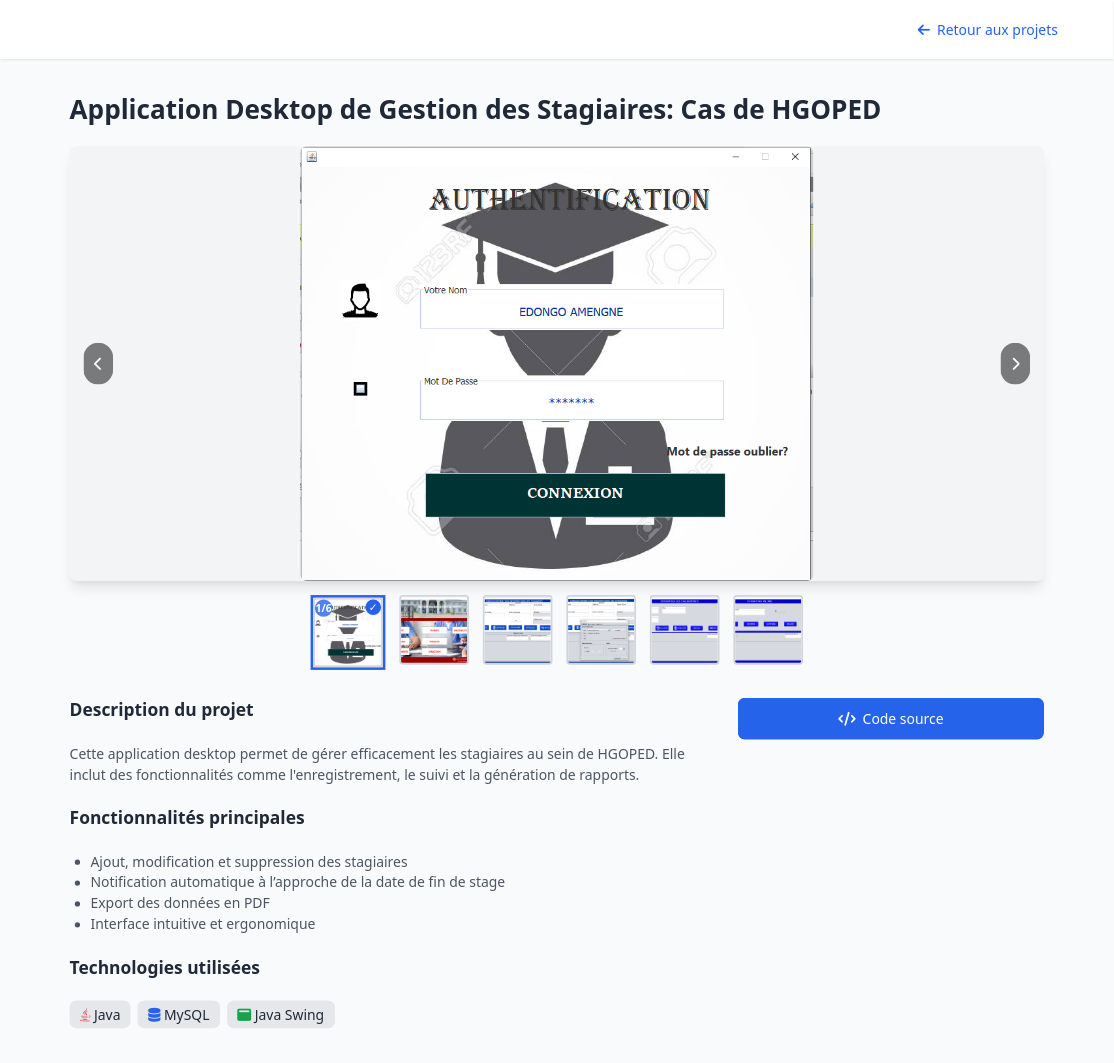
Repository: Edongo999/landry-portfolio
Page: projet-gestion-stagiaires.html
These files come from the project's save history. The page is drawn as it stood at one moment and after the next save; the edit follows.
The browser window is 1280 px wide. The pictures show the whole page, at 87% of full size.
Some web libraries are served in a nearby version.

Above is the page before, as saved 2025-09-14 03:32:36.

### projet-gestion-stagiaires.html

<!DOCTYPE html>
<html lang="fr">
<head>
  <meta charset="UTF-8" />
  <meta name="viewport" content="width=device-width, initial-scale=1.0" />
  <title>Détail du projet - Portfolio</title>
  <script src="https://cdn.tailwindcss.com"></script>
  <link rel="stylesheet" href="https://cdnjs.cloudflare.com/ajax/libs/font-awesome/6.4.0/css/all.min.css">
  <style>
    /* Miniature active */
    .thumb-active {
      border: 3px solid #2563eb !important; /* bordure bleue */
      position: relative;
    }
    /* Overlay ✓ */
    .thumb-active::after {
      content: "✓";
      position: absolute;
      top: 2px;
      right: 2px;
      background-color: #2563eb;
      color: white;
      font-size: 12px;
      width: 18px;
      height: 18px;
      border-radius: 50%;
      display: flex;
      align-items: center;
      justify-content: center;
    }
    /* Numéro indicateur */
    .thumb-number {
      position: absolute;
      top: 2px;
      left: 2px;
      background-color: rgba(37,99,235,0.8);
      color: white;
      font-size: 12px;
      width: 20px;
      height: 20px;
      border-radius: 50%;
      display: flex;
      align-items: center;
      justify-content: center;
      font-weight: bold;
    }
  </style>
</head>
<body class="bg-gray-50 text-gray-800">

  <!-- Header -->
  <header class="bg-white shadow p-4 sticky top-0 z-50">
    <div class="max-w-6xl mx-auto flex justify-between items-center">
<h1 class="text-2xl md:text-3xl font-bold text-gray-900 relative overflow-hidden" id="portfolio-title">
  Mon Portfolio
</h1>

<style>
  /* Animation apparition + explosion + lumière pulsante adoucie */
  #portfolio-title {
    animation: appearExplodePulse 2.5s ease-in-out infinite;
  }

  @keyframes appearExplodePulse {
    0% {
      opacity: 0;
      transform: scale(0.95) translateY(-5px);
      text-shadow: 0 0 0px #2563eb;
    }
    20% {
      opacity: 0.6;
      transform: scale(1) translateY(0);
      text-shadow: 0 0 3px #2563eb;
    }
    40% {
      opacity: 1;
      transform: scale(1.02);
      text-shadow: 0 0 10px #2563eb, 0 0 15px #2563eb;
    }
    60% {
      transform: scale(1.05);
      text-shadow: 0 0 15px #2563eb, 0 0 25px #2563eb, 0 0 35px #2563eb;
    }
    80% {
      transform: scale(1.02);
      text-shadow: 0 0 10px #2563eb, 0 0 15px #2563eb;
    }
    100% {
      opacity: 1;
      transform: scale(1);
      text-shadow: 0 0 5px #2563eb, 0 0 10px #2563eb;
    }
  }

  /* Effet de lumière pulsante supplémentaire */
  #portfolio-title::after {
    content: '';
    position: absolute;
    inset: 0;
    border-radius: 4px;
    box-shadow: 0 0 15px #2563eb, 0 0 25px #2563eb;
    opacity: 0.3;
    animation: pulseLight 2s ease-in-out infinite alternate;
    pointer-events: none;
  }

  @keyframes pulseLight {
    0% { opacity: 0.2; transform: scale(0.95); }
    100% { opacity: 0.5; transform: scale(1.05); }
  }
</style>




      <!-- Lien vers la section Mes Projets -->
      <a href="index.html#projects" class="flex items-center gap-2 text-blue-600 hover:text-blue-800 font-medium">
  <i class="fas fa-arrow-left"></i> Retour aux projets
</a>

    </div>
  </header>

  <!-- Section Détail Projet -->
  <section class="max-w-6xl mx-auto px-4 py-10">
 <h2 class="text-3xl font-bold mb-6">Application Desktop de Gestion des Stagiaires: Cas de HGOPED</h2>



    <!-- Slider images/vidéos -->
    <div class="relative w-full max-h-[500px] mx-auto overflow-hidden rounded-lg shadow-lg mb-4 flex justify-center items-center bg-gray-100">
      <div id="slide-container" class="w-full flex justify-center items-center"></div>
      <button onclick="prevSlide()" class="absolute top-1/2 left-4 transform -translate-y-1/2 bg-black/50 text-white p-3 rounded-full z-10">
        <i class="fas fa-chevron-left"></i>
      </button>
      <button onclick="nextSlide()" class="absolute top-1/2 right-4 transform -translate-y-1/2 bg-black/50 text-white p-3 rounded-full z-10">
        <i class="fas fa-chevron-right"></i>
      </button>
    </div>

    <!-- Miniatures -->
    <div class="flex justify-center gap-4 mb-8 relative" id="thumbnails">
      <div class="relative"><img src="assets/img/GESTION_STA1.PNG" class="w-20 h-20 object-cover cursor-pointer border-2 border-gray-300 rounded" onclick="goToSlide(0)"></div>
      <div class="relative"><img src="assets/img/application desktop.PNG" class="w-20 h-20 object-cover cursor-pointer border-2 border-gray-300 rounded" onclick="goToSlide(1)"></div>
      <div class="relative"><img src="assets/img/application desktop2.PNG" class="w-20 h-20 object-cover cursor-pointer border-2 border-gray-300 rounded" onclick="goToSlide(2)"></div>
      <div class="relative"><img src="assets/img/application desktop3.PNG" class="w-20 h-20 object-cover cursor-pointer border-2 border-gray-300 rounded" onclick="goToSlide(3)"></div>
      <div class="relative"><img src="assets/img/application desktop4.PNG" class="w-20 h-20 object-cover cursor-pointer border-2 border-gray-300 rounded" onclick="goToSlide(4)"></div>
      <div class="relative"><img src="assets/img/application desktop5.PNG" class="w-20 h-20 object-cover cursor-pointer border-2 border-gray-300 rounded" onclick="goToSlide(5)"></div>
    </div>

    <!-- Description + boutons -->
    <div class="grid grid-cols-1 md:grid-cols-3 gap-8">
      <div class="md:col-span-2 space-y-6">
        <h3 class="text-xl font-semibold mb-2">Description du projet</h3>
        <p class="text-gray-600 mb-4">
          Cette application desktop permet de gérer efficacement les stagiaires au sein de HGOPED.
          Elle inclut des fonctionnalités comme l'enregistrement, le suivi et la génération de rapports.
        </p>

        <h3 class="text-xl font-semibold mb-2">Fonctionnalités principales</h3>
        <ul class="list-disc pl-6 text-gray-600 mb-4">
          <li>Ajout, modification et suppression des stagiaires</li>
          <li> Notification automatique à l’approche de la date de fin de stage</li>
          <li>Export des données en PDF</li>
          <li>Interface intuitive et ergonomique</li>
        </ul>

        <h3 class="text-xl font-semibold mb-2">Technologies utilisées</h3>
        <div class="flex flex-wrap gap-2 mb-4">
          <span class="flex items-center gap-1 px-3 py-1 bg-gray-200 rounded-lg"><i class="fab fa-java text-red-600"></i> Java</span>
          <span class="flex items-center gap-1 px-3 py-1 bg-gray-200 rounded-lg"><i class="fas fa-database text-blue-600"></i> MySQL</span>
          <span class="flex items-center gap-1 px-3 py-1 bg-gray-200 rounded-lg"><i class="fas fa-window-maximize text-green-600"></i> Java Swing</span>
        </div>
      </div>

      <div class="flex flex-col gap-4 md:sticky md:top-32">

        <a href="https://github.com/Edongo999/Application_de_gestion-des_stagiaires.git" target="_blank" class="flex items-center justify-center w-full bg-blue-600 text-white py-3 rounded-lg text-center hover:bg-blue-700">
          <i class="fas fa-code mr-2"></i> Code source
        </a>
      </div>
    </div>
  </section>

<script>
  const slides = [
    { type: 'image', src: "assets/img/GESTION_STA1.PNG" },
    { type: 'image', src: "assets/img/application desktop.PNG" },
    { type: 'image', src: "assets/img/application desktop2.PNG" },
    { type: 'image', src: "assets/img/application desktop3.PNG" },
    { type: 'image', src: "assets/img/application desktop4.PNG" },
    { type: 'image', src: "assets/img/application desktop5.PNG" },
  ];

  let index = 0;
  let slideInterval;
  let userInteracting = false;

  const container = document.getElementById("slide-container");
  const thumbContainers = document.querySelectorAll('#thumbnails > div');
  const thumbs = document.querySelectorAll('#thumbnails img');

  function showSlide() {
    container.innerHTML = '';
    const slide = slides[index];
    const img = document.createElement("img");
    img.src = slide.src;
    img.alt = "Capture du projet";
    img.className = "w-auto max-h-[500px] object-contain rounded-lg transition-all duration-700";
    container.appendChild(img);

    // Miniatures et numéro
    thumbContainers.forEach((div, i) => {
      const oldNum = div.querySelector('.thumb-number');
      if(oldNum) oldNum.remove();
      div.classList.toggle('thumb-active', i === index);
      if(i === index){
        const num = document.createElement('span');
        num.className = 'thumb-number';
        num.textContent = `${i+1}/${slides.length}`;
        div.appendChild(num);
      }
    });
  }

  function nextSlide() { index = (index + 1) % slides.length; showSlide(); }
  function prevSlide() { index = (index - 1 + slides.length) % slides.length; showSlide(); }
  function goToSlide(i){ index = i; showSlide(); }

  function startAutoSlide() { slideInterval = setInterval(()=>{ if(!userInteracting) nextSlide(); }, 20000); }
  function stopAutoSlide(){ clearInterval(slideInterval); }

  const slideWrapper = document.querySelector('.relative');

  slideWrapper.addEventListener('mouseenter', () => userInteracting = true);
  slideWrapper.addEventListener('mouseleave', () => userInteracting = false);

  thumbs.forEach((thumb, i)=>{
    thumb.addEventListener('click', ()=>{
      userInteracting = true;
      goToSlide(i);
      setTimeout(()=> userInteracting=false,2000);
    });
  });

  document.querySelector('.absolute.left-4').addEventListener('click', ()=>{
    userInteracting=true;
    prevSlide();
    setTimeout(()=> userInteracting=false,2000);
  });
  document.querySelector('.absolute.right-4').addEventListener('click', ()=>{
    userInteracting=true;
    nextSlide();
    setTimeout(()=> userInteracting=false,2000);
  });

  showSlide();
  startAutoSlide();
</script>
</body>
</html>

After the next save:
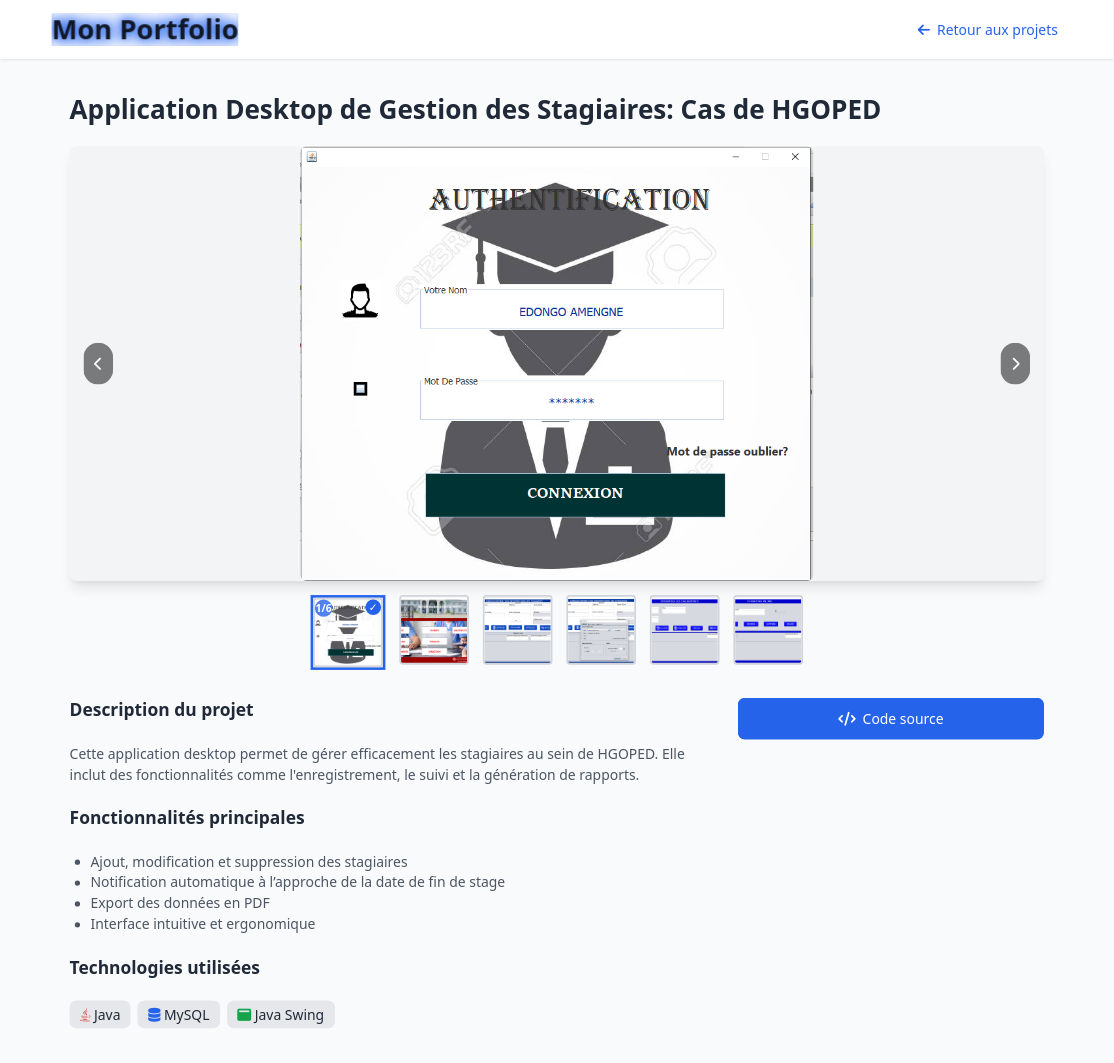
Saved 3 min 16 s later.
--- a/projet-gestion-stagiaires.html
+++ b/projet-gestion-stagiaires.html
@@ -57,59 +57,56 @@
 </h1>
 
 <style>
-  /* Animation apparition + explosion + lumière pulsante adoucie */
+  /* Animation apparence douce + explosion légère + pulsation subtile */
   #portfolio-title {
-    animation: appearExplodePulse 2.5s ease-in-out infinite;
+    animation: appearExplodePulse 3s ease-in-out infinite;
   }
 
   @keyframes appearExplodePulse {
     0% {
       opacity: 0;
-      transform: scale(0.95) translateY(-5px);
+      transform: scale(0.97) translateY(-3px);
       text-shadow: 0 0 0px #2563eb;
     }
-    20% {
+    25% {
       opacity: 0.6;
       transform: scale(1) translateY(0);
-      text-shadow: 0 0 3px #2563eb;
-    }
-    40% {
+      text-shadow: 0 0 4px #2563eb;
+    }
+    50% {
       opacity: 1;
-      transform: scale(1.02);
-      text-shadow: 0 0 10px #2563eb, 0 0 15px #2563eb;
-    }
-    60% {
+      transform: scale(1.03);
+      text-shadow: 0 0 8px #2563eb, 0 0 12px #2563eb;
+    }
+    75% {
       transform: scale(1.05);
-      text-shadow: 0 0 15px #2563eb, 0 0 25px #2563eb, 0 0 35px #2563eb;
-    }
-    80% {
-      transform: scale(1.02);
-      text-shadow: 0 0 10px #2563eb, 0 0 15px #2563eb;
+      text-shadow: 0 0 12px #2563eb, 0 0 20px #2563eb, 0 0 28px #2563eb;
     }
     100% {
       opacity: 1;
       transform: scale(1);
-      text-shadow: 0 0 5px #2563eb, 0 0 10px #2563eb;
-    }
-  }
-
-  /* Effet de lumière pulsante supplémentaire */
+      text-shadow: 0 0 6px #2563eb, 0 0 12px #2563eb;
+    }
+  }
+
+  /* Effet lumière pulsante plus subtil */
   #portfolio-title::after {
     content: '';
     position: absolute;
     inset: 0;
     border-radius: 4px;
-    box-shadow: 0 0 15px #2563eb, 0 0 25px #2563eb;
-    opacity: 0.3;
-    animation: pulseLight 2s ease-in-out infinite alternate;
+    box-shadow: 0 0 12px #2563eb, 0 0 18px #2563eb;
+    opacity: 0.2;
+    animation: pulseLight 3s ease-in-out infinite alternate;
     pointer-events: none;
   }
 
   @keyframes pulseLight {
-    0% { opacity: 0.2; transform: scale(0.95); }
-    100% { opacity: 0.5; transform: scale(1.05); }
+    0% { opacity: 0.15; transform: scale(0.97); }
+    100% { opacity: 0.35; transform: scale(1.03); }
   }
 </style>
+
 
 
 
